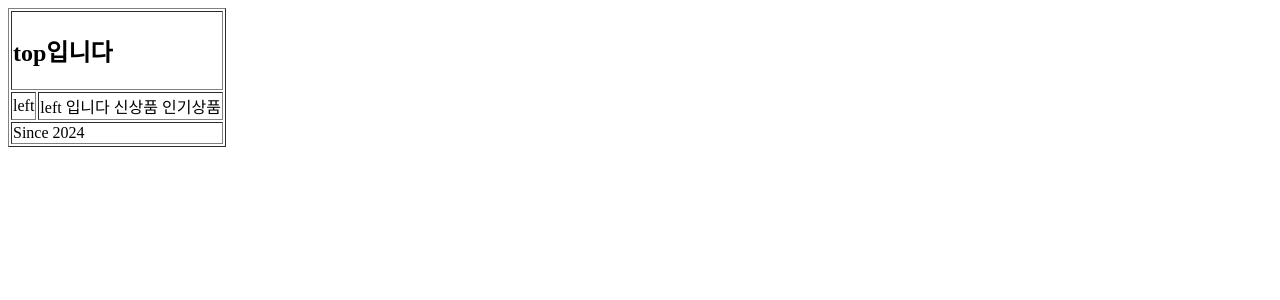
Repository: BancaKim/teamproject4
Page: http://localhost/JspDay3/Template/template.jsp
These files come from the project's save history. The page is drawn as it stood at one moment and after a run of saves; the edit follows.
The browser window is 1280 px wide. The pictures show the whole page.
The page is served by Tomcat 9.

Above is the page before, as saved 2024-05-02 03:21:43.

### JspDay3/src/main/webapp/Template/template.jsp
<%@ page language="java" contentType="text/html; charset=EUC-KR"
    pageEncoding="EUC-KR"%>
<!DOCTYPE html>
<html>
<head>
<meta charset="EUC-KR">
<title>Insert title here</title>
</head>
<body>

<table border='1'>
<tr>
<td colspan="2"><%@ include file="top.jsp" %>
</td></tr>
<tr>
<td>left</td>
<td><span><%@ include file="left.jsp" %></span></td>
</tr>
<tr>
<td colspan="2">Since 2024</td>
</tr>
</table>
</body>
</html>

### JspDay3/src/main/webapp/Template/top.jsp
<%@ page language="java" contentType="text/html; charset=EUC-KR"
    pageEncoding="EUC-KR"%>
<!DOCTYPE html>
<html>
<head>
<meta charset="EUC-KR">
<title>Insert title here</title>
</head>
<body>
<h2>top입니다</h2>
</body>
</html>

### JspDay3/src/main/webapp/Template/left.jsp
<%@ page language="java" contentType="text/html; charset=EUC-KR"
    pageEncoding="EUC-KR"%>
<!DOCTYPE html>
<html>
<head>
<meta charset="EUC-KR">
<title>Insert title here</title>
</head>
<body>
	left 입니다
	신상품
	인기상품
</body>
</html>

After the next 2 saves:
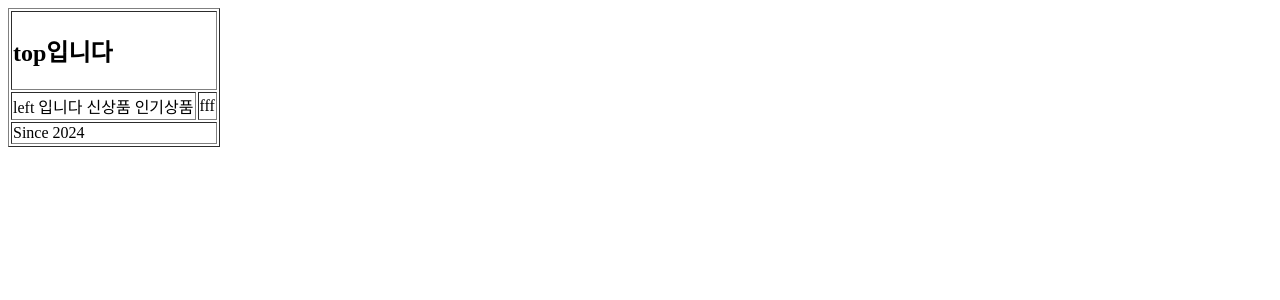
The 2 saves are shown as one change because they came seconds apart.
The last was saved 35 s later.
--- a/JspDay3/src/main/webapp/Template/template.jsp
+++ b/JspDay3/src/main/webapp/Template/template.jsp
@@ -13,8 +13,8 @@
 <td colspan="2"><%@ include file="top.jsp" %>
 </td></tr>
 <tr>
-<td>left</td>
-<td><span><%@ include file="left.jsp" %></span></td>
+<td><%@ include file="left.jsp" %></td>
+<td><span>fff</span></td>
 </tr>
 <tr>
 <td colspan="2">Since 2024</td>
